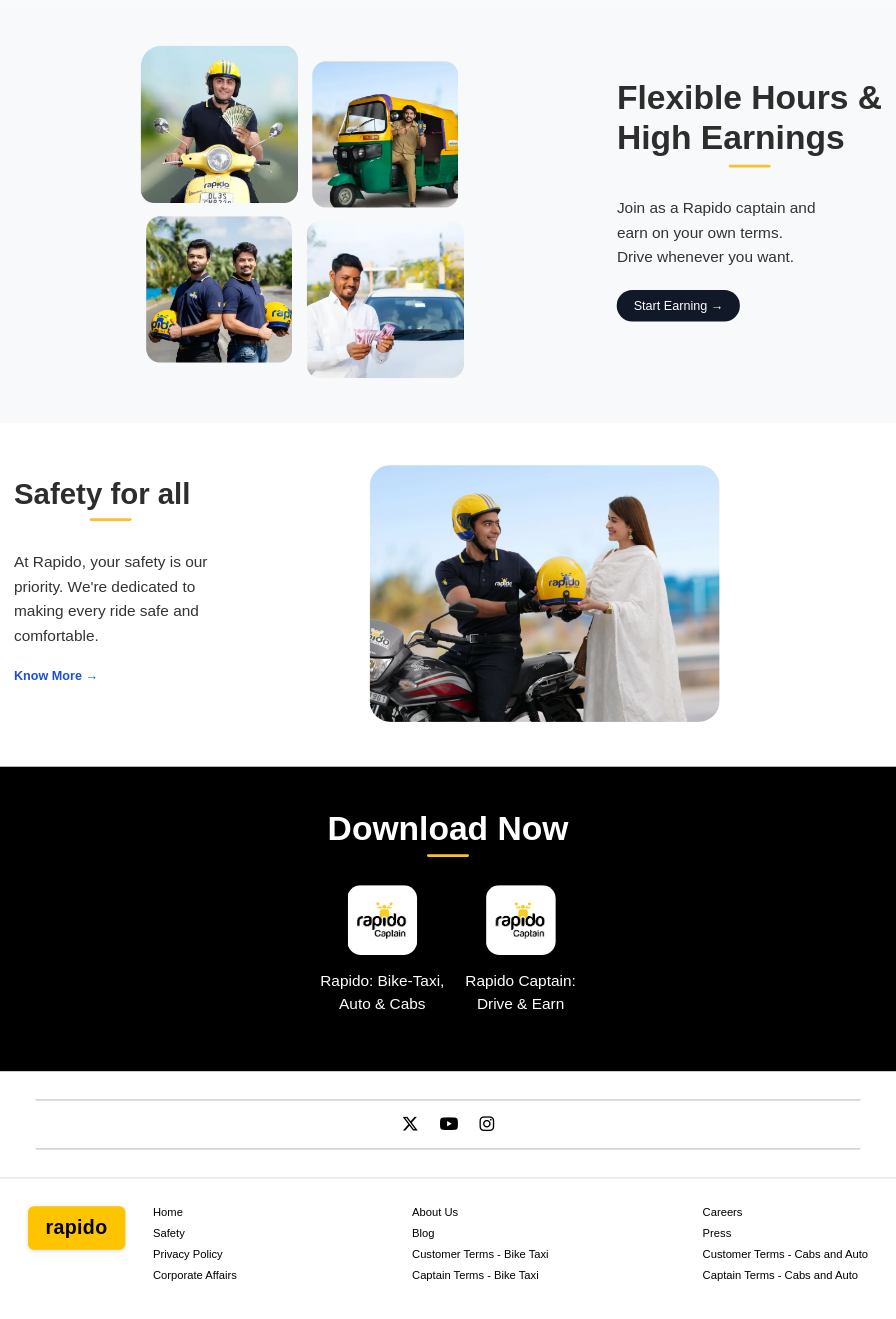
Repository: Rahul70079/Rapido-Clone---Bike-Taxi-App-UI
Page: index.html
An editor plug-in stored every save of this project. The page is shown before and after a run of saves, followed by the edit.
The browser window is 1280 px wide. The pictures show the part of the page from y = 1985 to 3905 px (the page is 3869 px tall before and 3905 px after), at 70% of full size.

Above is the page before, as saved 2026-03-09 20:43:26.

After the next 2 saves:
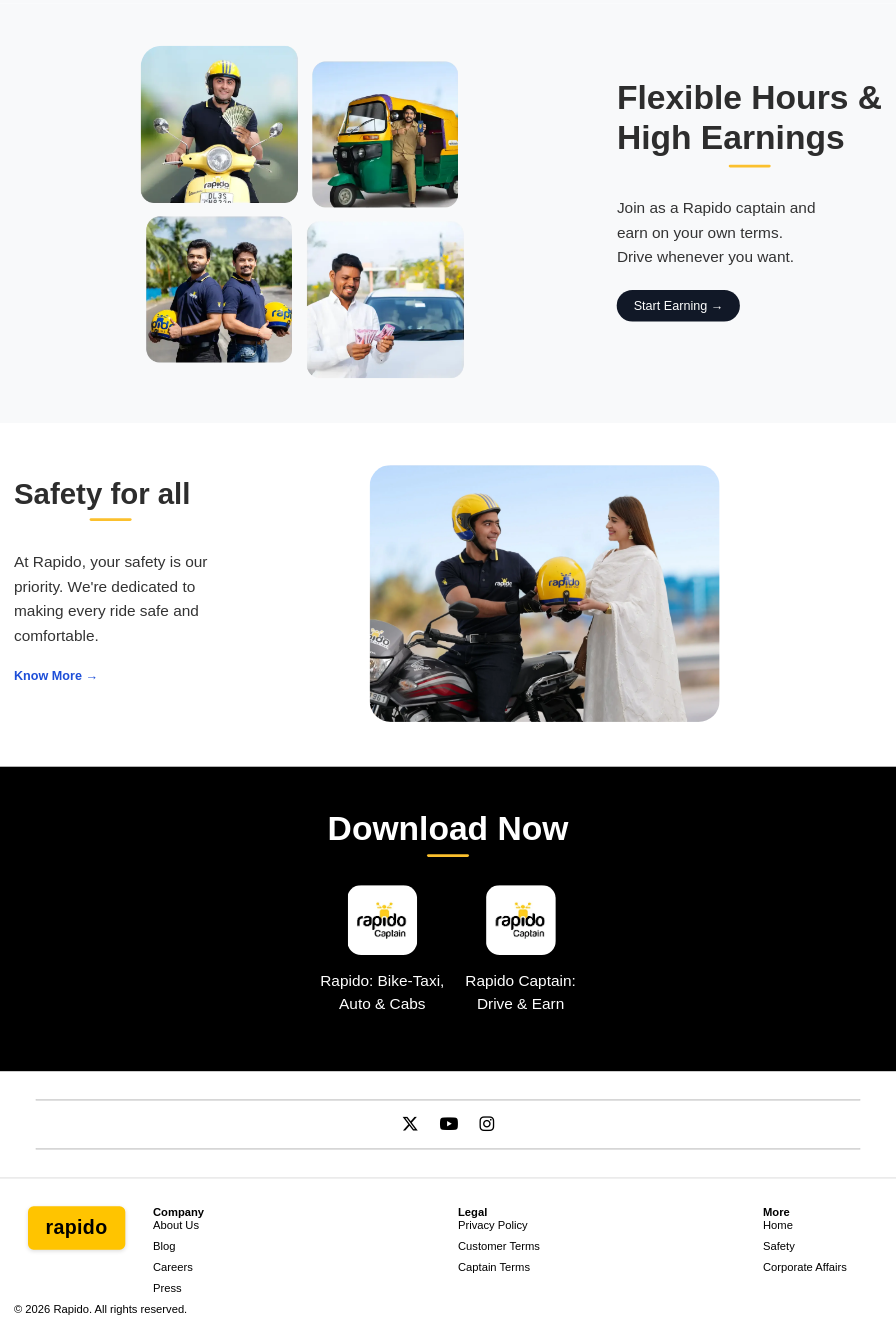
The 2 saves are shown as one change because they came seconds apart.
The last was saved 4 min 0 s later.
--- a/index.html
+++ b/index.html
@@ -158,35 +158,49 @@
     </div>
     <hr />
   </section>
-
-  <footer class="footer">
-    <div class="footer-container">
-      <div class="rapido-logo">rapido</div>
-
-      <div class="footer-links">
+<footer class="footer">
+  <div class="footer-container">
+
+    <div class="rapido-logo">rapido</div>
+
+    <div class="footer-links">
+
+      <div class="footer-column">
+        <h4>Company</h4>
+        <ul>
+          <li><a href="#">About Us</a></li>
+          <li><a href="#">Blog</a></li>
+          <li><a href="#">Careers</a></li>
+          <li><a href="#">Press</a></li>
+        </ul>
+      </div>
+
+      <div class="footer-column">
+        <h4>Legal</h4>
+        <ul>
+          <li><a href="#">Privacy Policy</a></li>
+          <li><a href="#">Customer Terms</a></li>
+          <li><a href="#">Captain Terms</a></li>
+        </ul>
+      </div>
+
+      <div class="footer-column">
+        <h4>More</h4>
         <ul>
           <li><a href="#">Home</a></li>
           <li><a href="#">Safety</a></li>
-          <li><a href="#">Privacy Policy</a></li>
           <li><a href="#">Corporate Affairs</a></li>
         </ul>
-
-        <ul>
-          <li><a href="#">About Us</a></li>
-          <li><a href="#">Blog</a></li>
-          <li><a href="#">Customer Terms - Bike Taxi</a></li>
-          <li><a href="#">Captain Terms - Bike Taxi</a></li>
-        </ul>
-
-        <ul>
-          <li><a href="#">Careers</a></li>
-          <li><a href="#">Press</a></li>
-          <li><a href="#">Customer Terms - Cabs and Auto</a></li>
-          <li><a href="#">Captain Terms - Cabs and Auto</a></li>
-        </ul>
-      </div>
-    </div>
-  </footer>
+      </div>
+
+    </div>
+  </div>
+
+  <div class="footer-bottom">
+    <p>© 2026 Rapido. All rights reserved.</p>
+  </div>
+
+</footer>
 
   <script>
 
